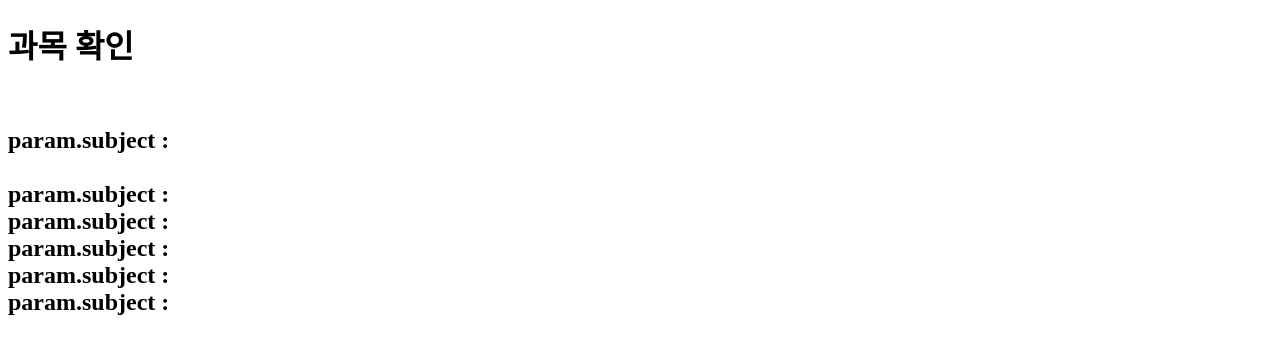
Repository: Jh1227/JSP
Page: http://localhost/12_EL/ex02_param/02_formRes.jsp
The author's editor kept a copy of each file at every save. The page is drawn from the files as they stood at one save, then again after the next save.
The browser window is 1280 px wide. The pictures show the whole page.
The page is served by Tomcat 9. Other server files are loaded and not shown.

Above is the page before, as saved 2023-04-10 00:47:10.

### 12_EL/src/main/webapp/ex02_param/02_formRes.jsp

<!-- ex02_param/02_formRes.jsp -->

<%@ page language="java" contentType="text/html; charset=UTF-8"
    pageEncoding="UTF-8"%>
<!DOCTYPE html>
<html>
<head>
<meta charset="UTF-8">
<title>02_formRes.jsp</title>
</head>
<body>
	<h1>과목 확인</h1>
	<br>
	<h2>
		param.subject : ${ param.subject } <br><br>
		param.subject : ${ paramValues.subject[0] } <br>
		param.subject : ${ paramValues.subject[1] } <br>
		param.subject : ${ paramValues.subject[2] } <br>
		param.subject : ${ paramValues.subject[3] } <br>
		param.subject : ${ paramValues.subject[4] } <br>
	</h2>
</body>
</html>

After the next save:
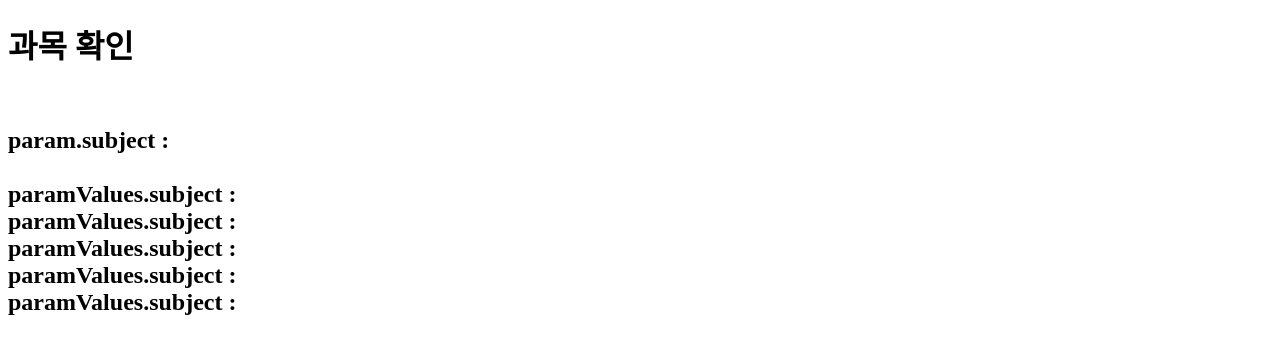
Saved 63 s later.
--- a/12_EL/src/main/webapp/ex02_param/02_formRes.jsp
+++ b/12_EL/src/main/webapp/ex02_param/02_formRes.jsp
@@ -14,11 +14,11 @@
 	<br>
 	<h2>
 		param.subject : ${ param.subject } <br><br>
-		param.subject : ${ paramValues.subject[0] } <br>
-		param.subject : ${ paramValues.subject[1] } <br>
-		param.subject : ${ paramValues.subject[2] } <br>
-		param.subject : ${ paramValues.subject[3] } <br>
-		param.subject : ${ paramValues.subject[4] } <br>
+		paramValues.subject : ${ paramValues.subject[0] } <br>
+		paramValues.subject : ${ paramValues.subject[1] } <br>
+		paramValues.subject : ${ paramValues.subject[2] } <br>
+		paramValues.subject : ${ paramValues.subject[3] } <br>
+		paramValues.subject : ${ paramValues.subject[4] } <br>
 	</h2>
 </body>
 </html>
